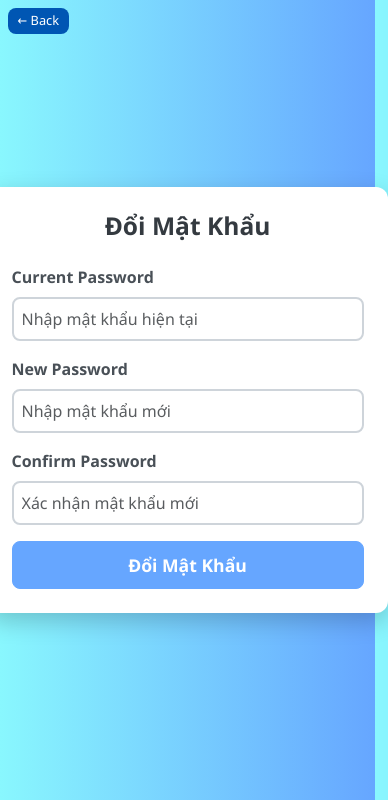
Repository: manhtdxxx/Tour-Booking-Webapp
Page: http://localhost/bookingTour/changepassword.jsp
These files come from the project's save history. The page is drawn as it stood at one moment and after the next save; the edit follows.
The browser window is 375 px wide. The page is 388 px wide, so the pictures cover 388 px, including what lies to the right of the window. The pictures show the whole page.
The page is served by Tomcat 9. Other server files are loaded and not shown.

Above is the page before, as saved 2024-11-10 17:04:03.

### bookingTour/src/main/webapp/changepassword.jsp
<%@ page language="java" contentType="text/html; charset=UTF-8" pageEncoding="UTF-8"%>
<!DOCTYPE html>
<html lang="vi">
<head>
<meta charset="UTF-8">
<meta name="viewport" content="width=device-width, initial-scale=1">
<title>Đổi mật khẩu</title>
<link href="https://cdn.jsdelivr.net/npm/bootstrap@5.3.3/dist/css/bootstrap.min.css"
	rel="stylesheet">
<script src="https://cdn.jsdelivr.net/npm/bootstrap@5.3.3/dist/js/bootstrap.bundle.min.js"></script>
<style>
/* Background gradient */
body {
	background: linear-gradient(to right, #89f7fe, #66a6ff);
	font-family: 'Segoe UI', Tahoma, Geneva, Verdana, sans-serif;
}
/* Form container styling */
.form-container {
	max-width: 450px;
	padding: 2.5rem;
	background-color: #ffffff;
	border-radius: 12px;
	box-shadow: 0 8px 24px rgba(0, 0, 0, 0.2);
	margin: 0 1.5rem;
	transition: transform 0.3s ease;
	min-width: 400px;
	position: relative;
}
/* Hover effect on container */
.form-container:hover {
	transform: scale(1.02);
}
/* Header style */
h2 {
	font-weight: bold;
	color: #343a40;
}
/* Labels styling */
.form-label {
	color: #495057;
	font-weight: 600;
}
/* Input fields styling */
.form-control {
	border: 2px solid #ced4da;
	border-radius: 8px;
	padding: 0.5rem;
	transition: border-color 0.3s ease, box-shadow 0.3s ease;
}

.form-control:focus {
	border-color: #66a6ff;
	box-shadow: 0 0 8px rgba(102, 166, 255, 0.3);
}
/* Button styling */
.btn-primary {
	background-color: #66a6ff;
	border-color: #66a6ff;
	padding: 0.6rem;
	font-size: 1.1rem;
	font-weight: 600;
	border-radius: 8px;
	transition: background-color 0.3s, box-shadow 0.3s, transform 0.2s ease;
}

.btn-primary:hover {
	background-color: #0056b3;
	box-shadow: 0 6px 16px rgba(0, 91, 187, 0.4);
	transform: translateY(-2px);
}
/* Back button styling */
.back-button {
	position: absolute;
	top: 20px;
	left: 20px;
	padding: 0.4rem 1rem;
	font-size: 1rem;
	color: #ffffff;
	background-color: #0056b3;
	border: none;
	border-radius: 8px;
	text-decoration: none;
	display: flex;
	align-items: center;
	transition: background-color 0.3s ease, transform 0.2s ease;
}

.back-button:hover {
	background-color: #66a6ff;
	transform: translateY(-2px);
}

/* Responsive styling for back button */
@media ( max-width : 576px) {
	.form-container {
		padding: 1.5rem;
	}
	.back-button {
		top: 10px;
		left: 10px;
		padding: 0.3rem 0.7rem;
		font-size: 0.85rem;
	}
}

@media ( max-width : 400px) {
	.back-button {
		padding: 0.2rem 0.6rem;
		font-size: 0.8rem;
		top: 8px;
		left: 8px;
	}
}
</style>
</head>

<body class="d-flex align-items-center justify-content-center vh-100">

	<a href="index.jsp" class="back-button"> &larr; Back </a>

	<div class="form-container">
		<h2 class="text-center mb-4">Đổi Mật Khẩu</h2>

		<form action="change-password" method="post">
			<div class="mb-3">
				<label for="currentPassword" class="form-label">Current Password</label> <input type="password"
					class="form-control" id="currentPassword" name="currentPassword"
					placeholder="Nhập mật khẩu hiện tại" required>
			</div>
			<div class="mb-3">
				<label for="newPassword" class="form-label">New Password</label> <input type="password"
					class="form-control" id="newPassword" name="newPassword" placeholder="Nhập mật khẩu mới"
					required>
			</div>
			<div class="mb-3">
				<label for="confirmPassword" class="form-label">Confirm Password</label> <input type="password"
					class="form-control" id="confirmPassword" name="confirmPassword"
					placeholder="Xác nhận mật khẩu mới" required>
			</div>
			<button type="submit" class="btn btn-primary w-100">Đổi Mật Khẩu</button>
		</form>
	</div>

</body>
</html>

After the next save:
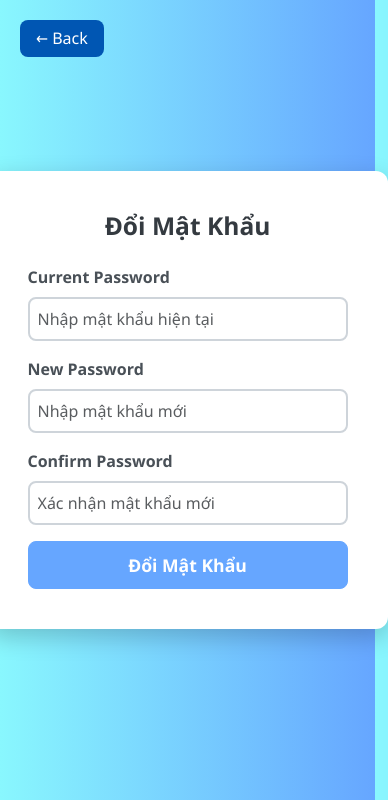
Saved 11 min 16 s later.
--- a/bookingTour/src/main/webapp/changepassword.jsp
+++ b/bookingTour/src/main/webapp/changepassword.jsp
@@ -89,28 +89,6 @@ h2 {
 	background-color: #66a6ff;
 	transform: translateY(-2px);
 }
-
-/* Responsive styling for back button */
-@media ( max-width : 576px) {
-	.form-container {
-		padding: 1.5rem;
-	}
-	.back-button {
-		top: 10px;
-		left: 10px;
-		padding: 0.3rem 0.7rem;
-		font-size: 0.85rem;
-	}
-}
-
-@media ( max-width : 400px) {
-	.back-button {
-		padding: 0.2rem 0.6rem;
-		font-size: 0.8rem;
-		top: 8px;
-		left: 8px;
-	}
-}
 </style>
 </head>
 
